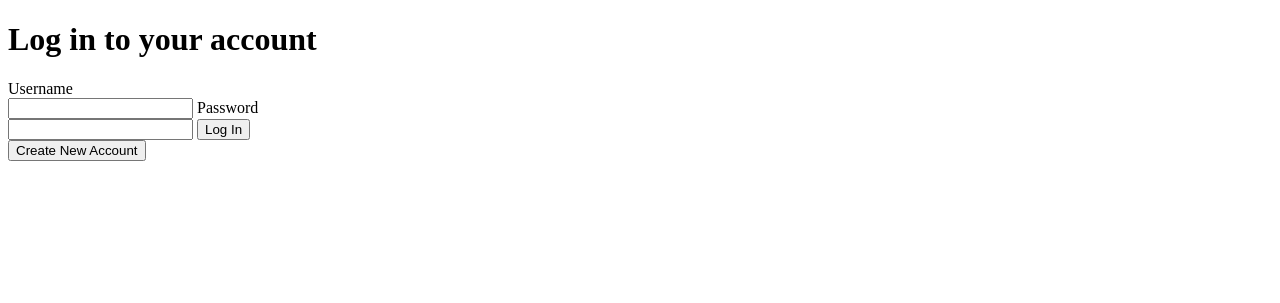
Repository: ir1998/cs201
Page: InvestCS/WebContent/index.html
These files come from the project's save history. The page is drawn as it stood at one moment and after the next save; the edit follows.
The browser window is 1280 px wide. The pictures show the whole page.

Above is the page before, as saved 2017-03-30 22:45:41.

### InvestCS/WebContent/index.html
<!DOCTYPE html>
<html>
<head>
<meta charset="UTF-8">
<title>Invest CS</title>
</head>
<body>
	<h1>Log in to your account</h1>

	<form class="Login Form" action="submit">
    Username
    <br>
		<input type="text" id="username" name="username"/>
    Password
    <br>
    <input type="text" id="password" name="password"/>
		<input type="submit" value="Log In"/>
  </form>
	<button type= "button" id="createAccount"> Create New Account </button>

</body>
</html>

After the next save:
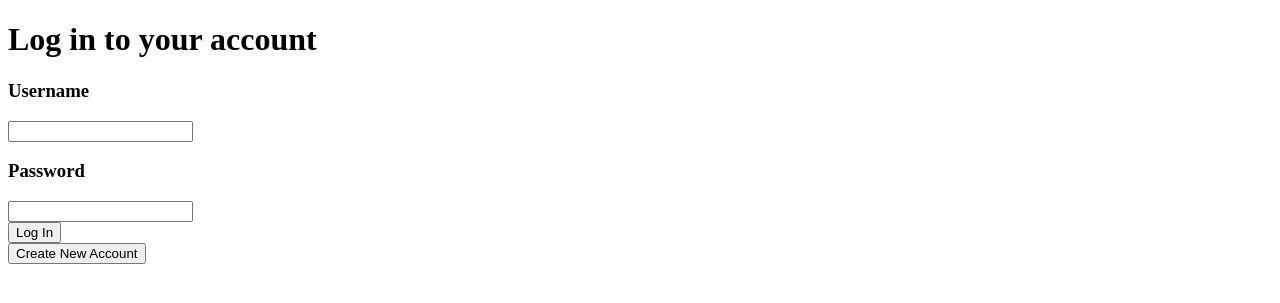
Saved 104 s later.
--- a/InvestCS/WebContent/index.html
+++ b/InvestCS/WebContent/index.html
@@ -8,12 +8,12 @@
 	<h1>Log in to your account</h1>
 
 	<form class="Login Form" action="submit">
-    Username
+    <h3>Username</h3>
+		<input type="text" id="username" name="username"/>
     <br>
-		<input type="text" id="username" name="username"/>
-    Password
+    <h3>Password</h3>
+    <input type="text" id="password" name="password"/>
     <br>
-    <input type="text" id="password" name="password"/>
 		<input type="submit" value="Log In"/>
   </form>
 	<button type= "button" id="createAccount"> Create New Account </button>
